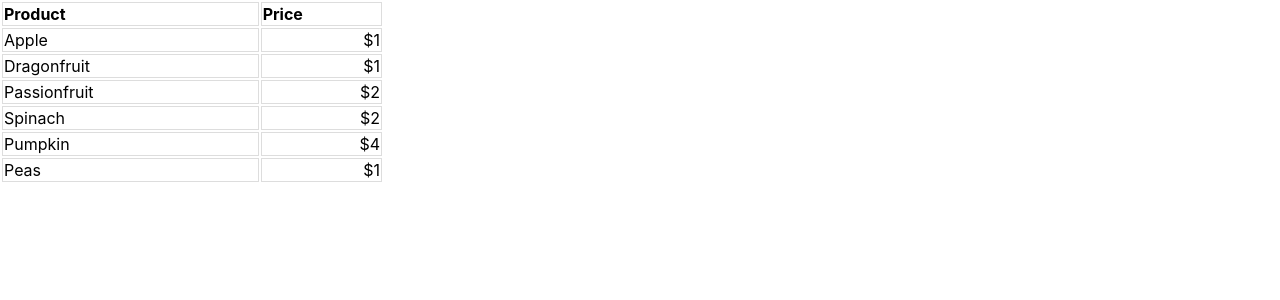
Repository: mariocapitbrok/reactjs-learn
Page: / (app in 05_filtered-data-table/)
The author's editor kept a copy of each file at every save. The page is drawn from the files as they stood at one save, then again after the next save.
The browser window is 1280 px wide. The pictures show the whole page.
The project was rebuilt for these pictures with package versions that can differ from the ones it lists, and the page was loaded fresh each time.

Above is the page before, as saved 2023-02-25 21:44:43.

After the next save:
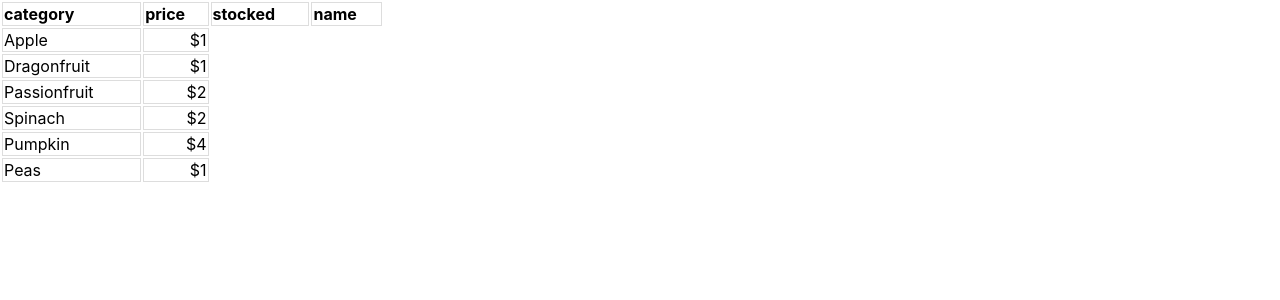
Saved 35 min 40 s later.
--- a/05_filtered-data-table/src/components/Table.jsx
+++ b/05_filtered-data-table/src/components/Table.jsx
@@ -2,6 +2,8 @@ import styled from 'styled-components'
 import '../App.css'
 
 function Table({ data }) {
+  const tableHeaders = createTableHeaders(data)
+
   const tableRows = data.map(product => (
     <StyledTableRow key={product.name}>
       <Td>{product.name}</Td>
@@ -11,12 +13,7 @@ function Table({ data }) {
 
   return (
     <StyledTable>
-      <StyledTableHead>
-        <StyledTableRow>
-          <StyledTableHeader>Product</StyledTableHeader>
-          <StyledTableHeader>Price</StyledTableHeader>
-        </StyledTableRow>
-      </StyledTableHead>
+      <StyledTableHead>{tableHeaders}</StyledTableHead>
       <StyledTableBody>{tableRows}</StyledTableBody>
     </StyledTable>
   )
@@ -36,3 +33,12 @@ const Td = styled.td.attrs(props => ({}))``
 const TdPrice = styled(Td).attrs({
   className: 'money-data',
 })``
+
+function createTableHeaders(data) {
+  const keys = Object.keys(data[0])
+  const headerCells = keys.map(key => (
+    <StyledTableHeader key={key}>{key}</StyledTableHeader>
+  ))
+
+  return <StyledTableRow>{headerCells}</StyledTableRow>
+}
